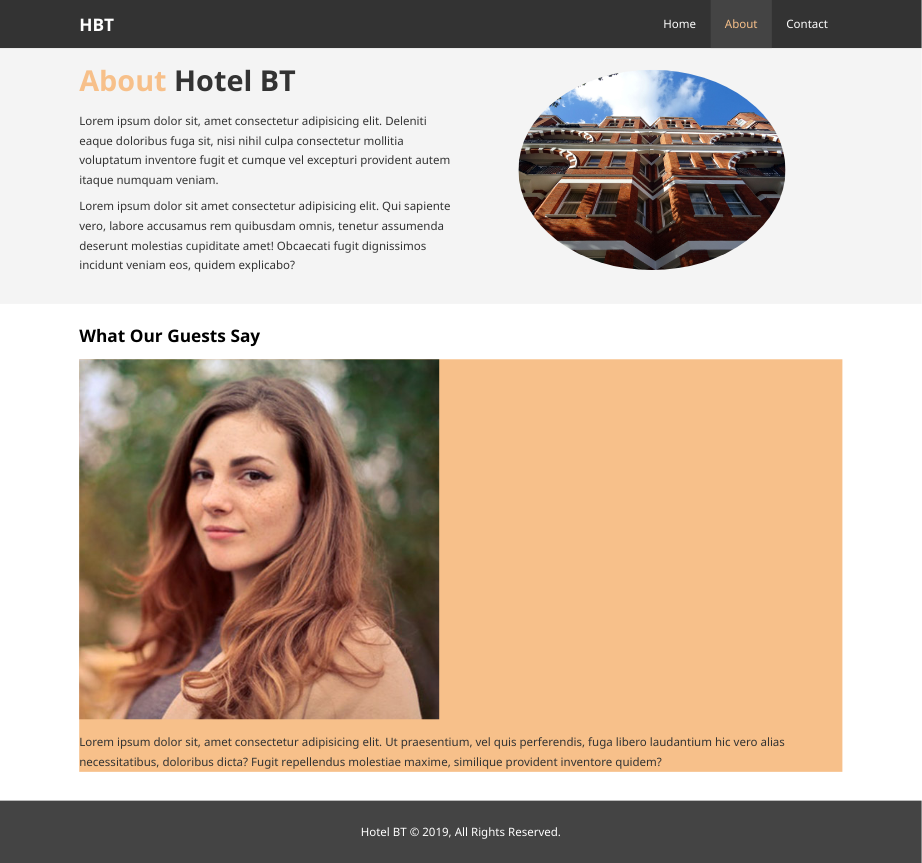
Repository: minhtien9/hotel-website
Page: about.html
An editor plug-in stored every save of this project. The page is shown before and after a run of saves, followed by the edit.
The browser window is 1280 px wide. The pictures show the whole page, at 72% of full size.

Above is the page before, as saved 2021-08-14 18:25:47.

After the next 2 saves:
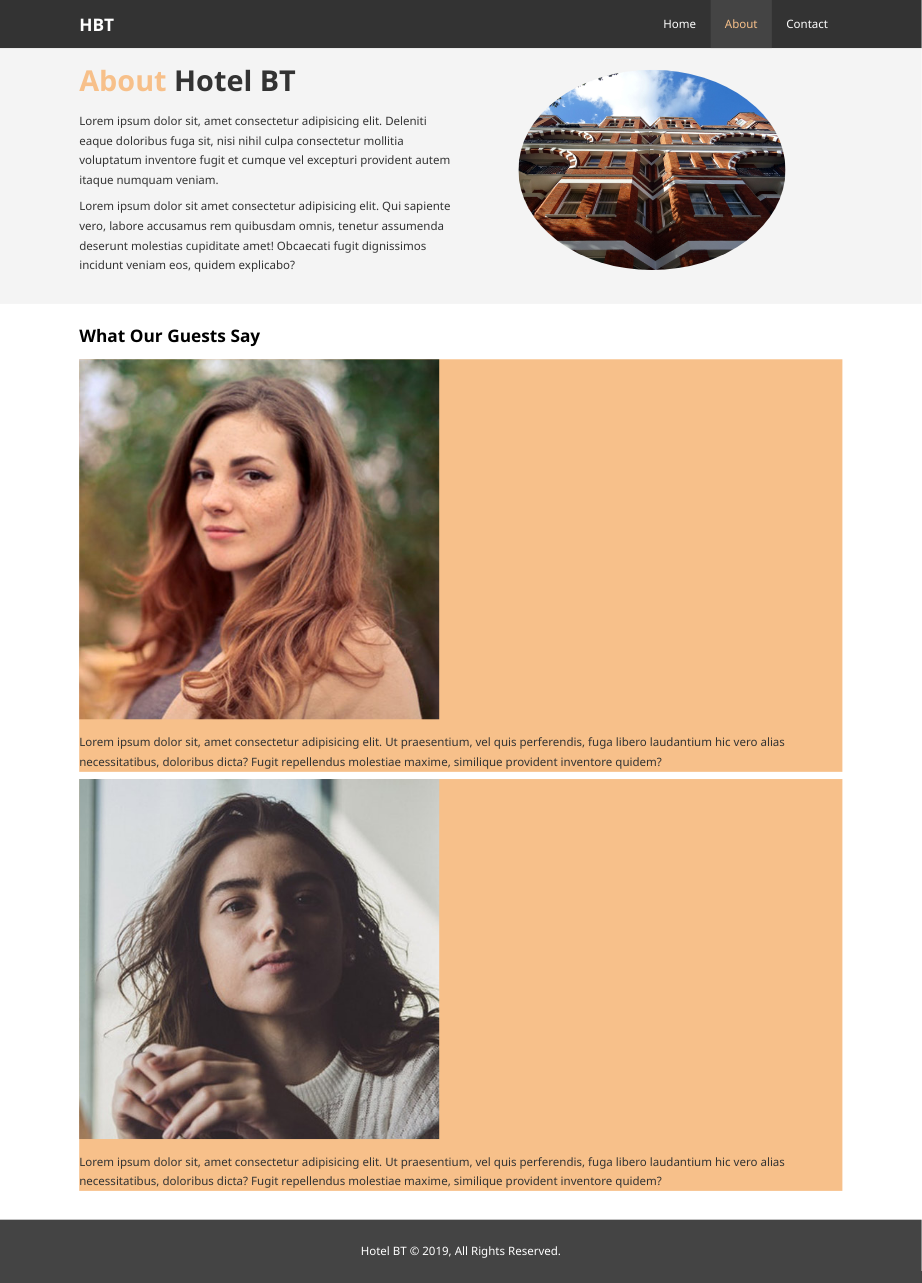
The 2 saves are shown as one change because they came seconds apart.
The last was saved 25 s later.
--- a/about.html
+++ b/about.html
@@ -54,6 +54,12 @@
                     Lorem ipsum dolor sit, amet consectetur adipisicing elit. Ut praesentium, vel quis perferendis, fuga libero laudantium hic vero alias necessitatibus, doloribus dicta? Fugit repellendus molestiae maxime, similique provident inventore quidem?
                 </p>
             </div>
+            <div class="testtimonial bg-primary">
+                <img src="./img/person-2.jpg" alt="Jen" />
+                <p>
+                    Lorem ipsum dolor sit, amet consectetur adipisicing elit. Ut praesentium, vel quis perferendis, fuga libero laudantium hic vero alias necessitatibus, doloribus dicta? Fugit repellendus molestiae maxime, similique provident inventore quidem?
+                </p>
+            </div>
         </div>
     </section>
     <footer id="main-footer">
